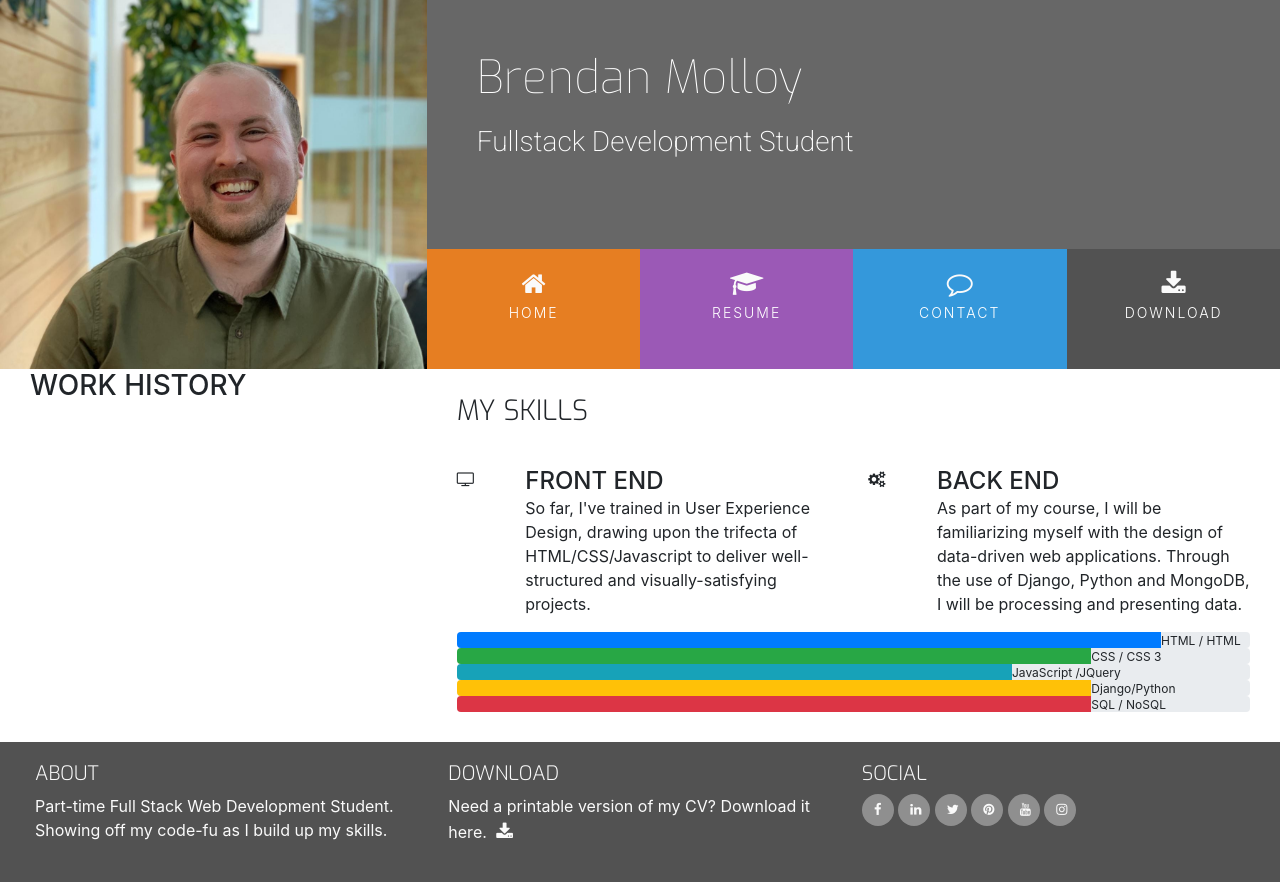
Repository: BrendanMolloy/my-web-cv
Page: resume.html
The author's editor kept a record of every edit. The page is drawn from the files as they stood at one moment, then again after the next edit.
The browser window is 1280 px wide. The pictures show the whole page.

Above is the page before.

After the next edit:
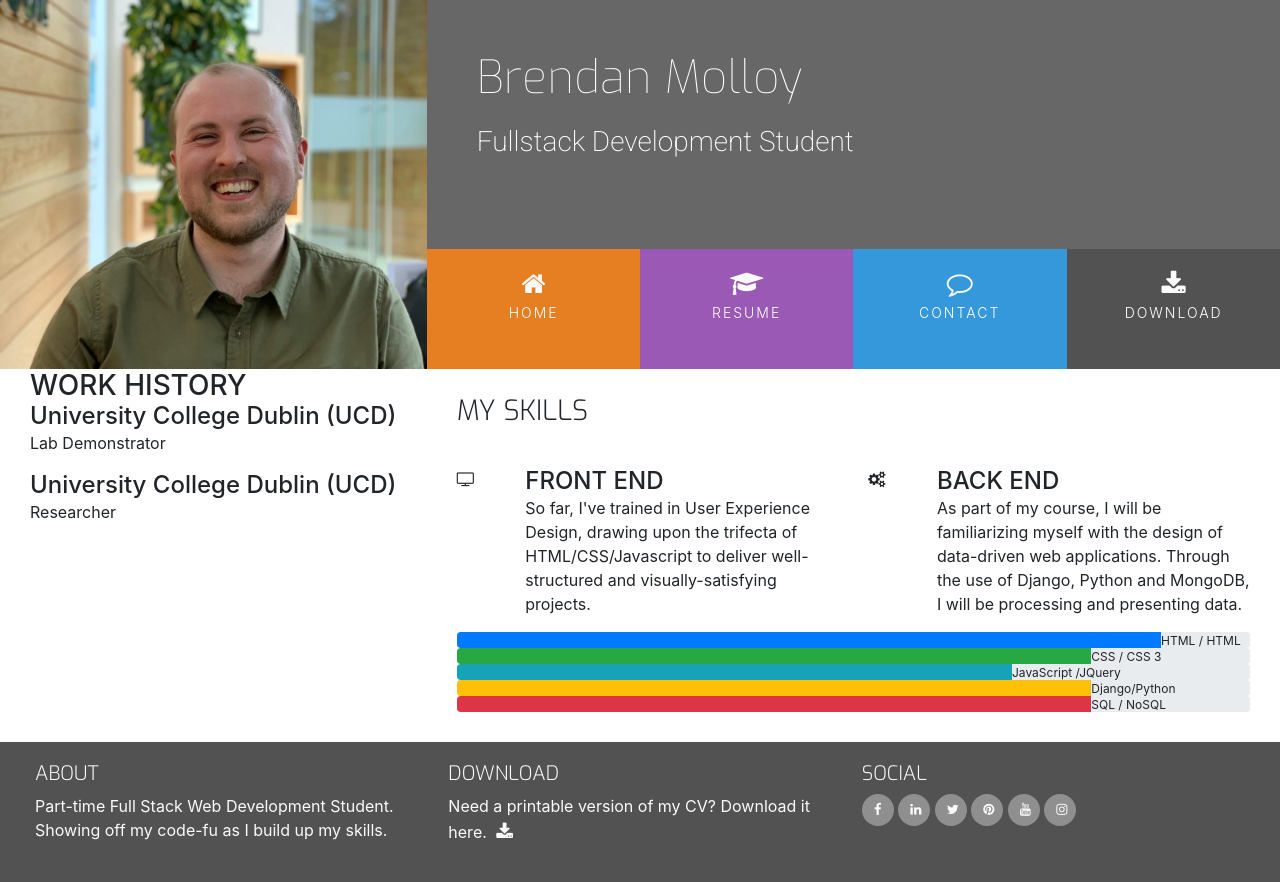
The edit:
--- a/resume.html
+++ b/resume.html
@@ -57,6 +57,14 @@
                         </h3>
                     </div>
                 </div>
+                <div class="timeline-item" data-dates="09/2015 - 04/2016">
+                    <h4>University College Dublin (UCD)</h4>
+                    <p>Lab Demonstrator</p>
+                </div>
+                <div class="timeline-item" data-dates="09/2015 - 04/2016">
+                    <h4>University College Dublin (UCD)</h4>
+                    <p>Researcher</p>
+                </div>
             </div>
             <div class="col-md-8 bg-color-three-reasons section-column">
                 <div class="row">
